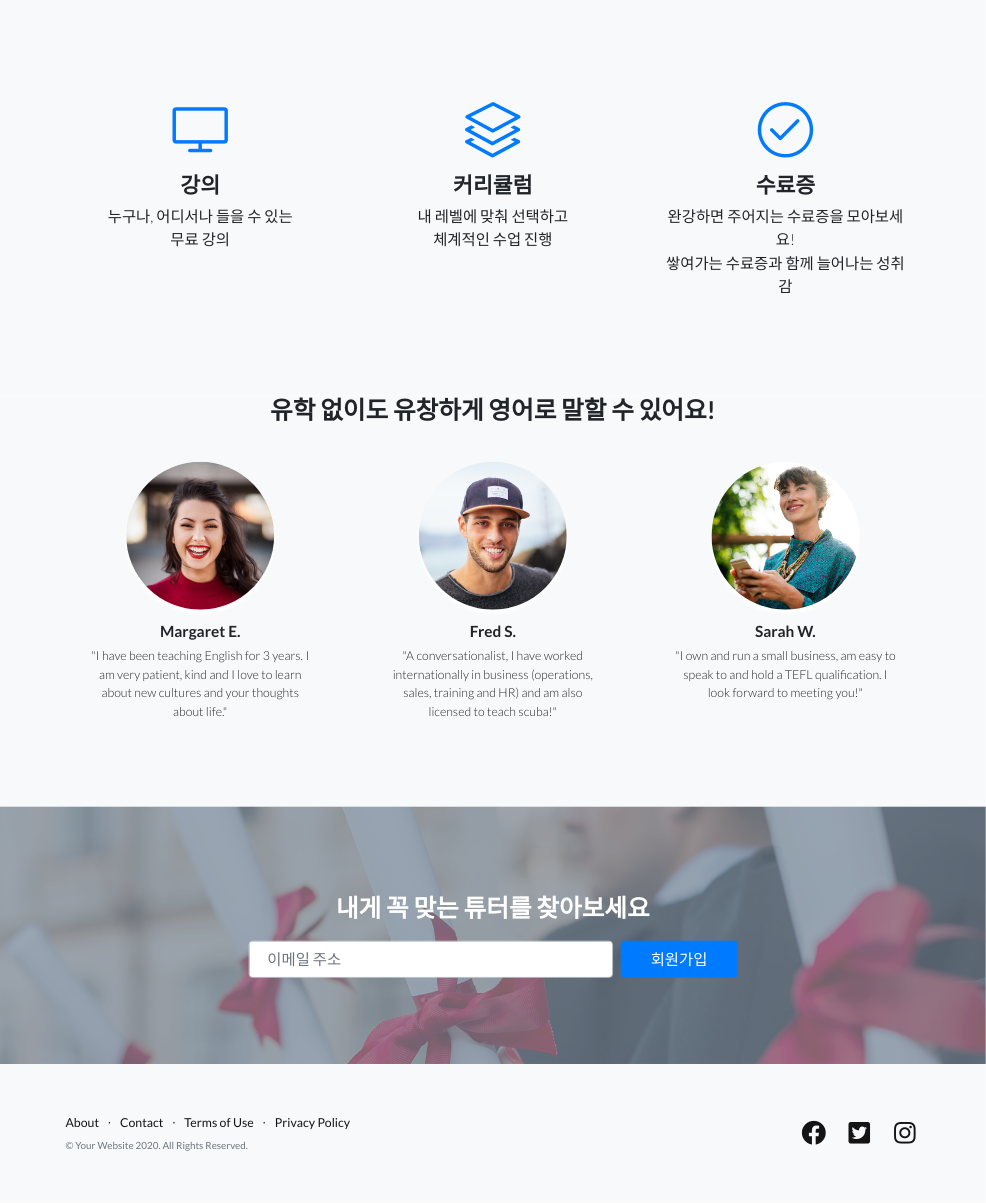
Repository: Toriikk/TEAM2_JSP_Project
Page: http://localhost/COBS/
The author's editor kept a copy of each file at every save. The page is drawn from the files as they stood at one save, then again after the next save.
The browser window is 1280 px wide. The pictures show the part of the page from y = 979 to 2541 px (the page is 2541 px tall), at 77% of full size.
The page is served by Tomcat 9.

Above is the page before, as saved 2022-07-22 11:36:59.

After the next save:
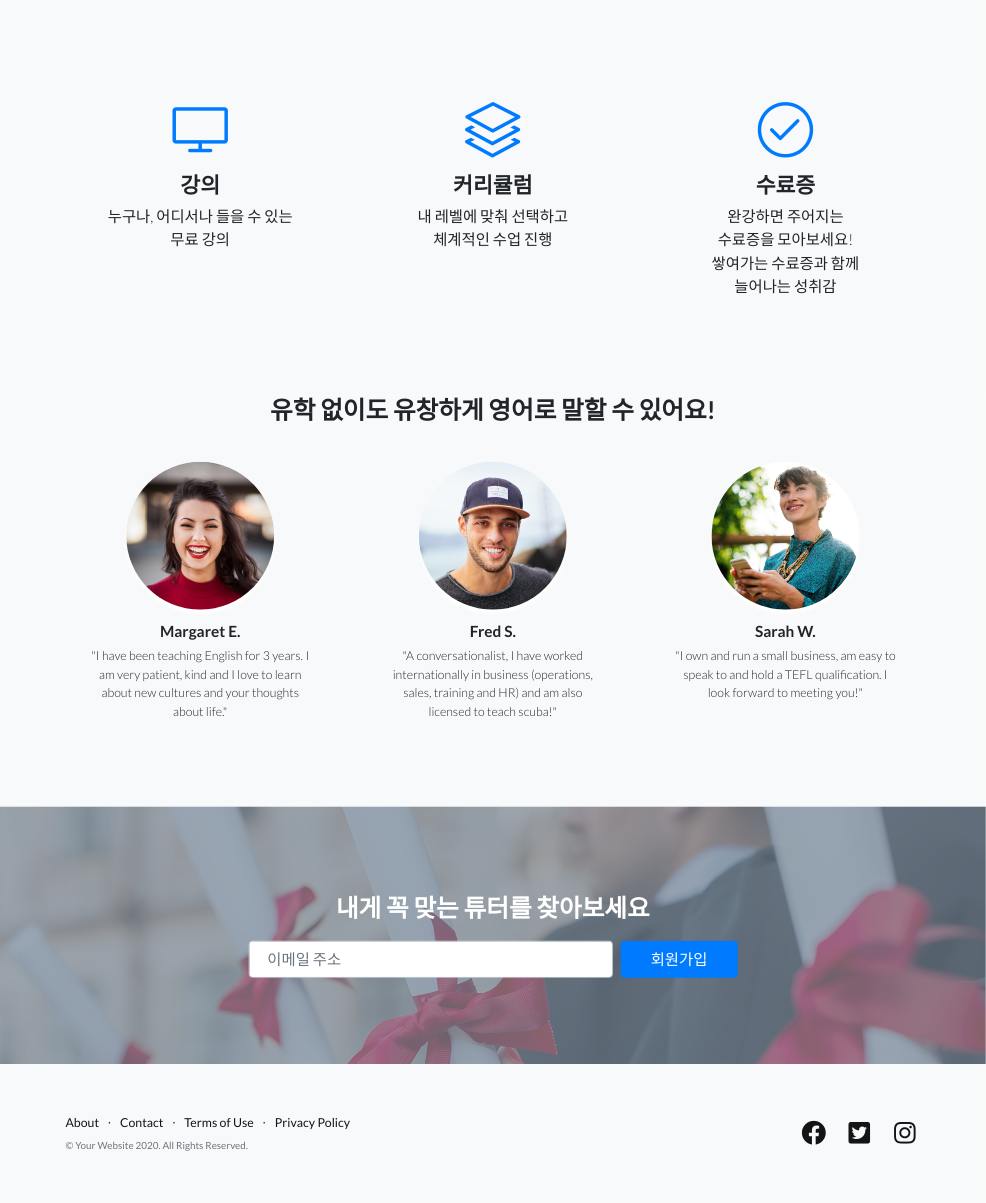
Saved 25 s later.
--- a/COBS/WebContent/index.jsp
+++ b/COBS/WebContent/index.jsp
@@ -55,7 +55,7 @@ h1{
               <i class="icon-check m-auto text-primary"></i>
             </div>
             <h3>수료증</h3>
-            <p class="lead mb-0">완강하면 주어지는 수료증을 모아보세요! <br/>쌓여가는 수료증과 함께 늘어나는 성취감</p>
+            <p class="lead mb-0">완강하면 주어지는 <br/>수료증을 모아보세요! <br/>쌓여가는 수료증과 함께<br/> 늘어나는 성취감</p>
           </div>
         </div>
       </div>
